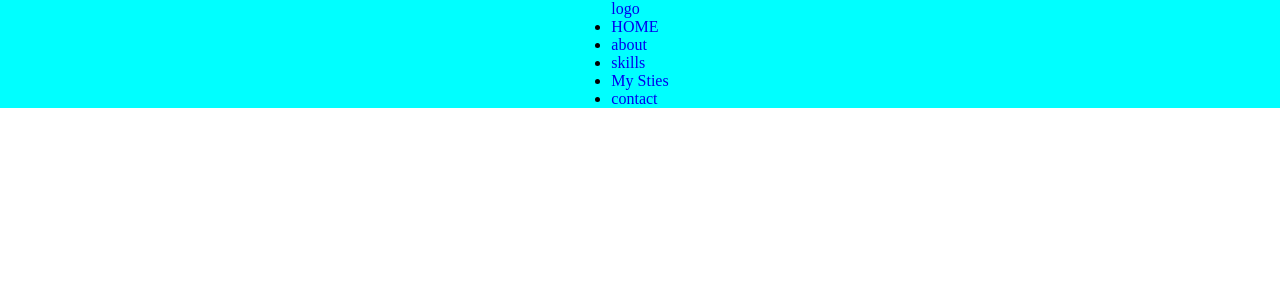
Repository: jun01270/jun
Page: index.html
An editor plug-in stored every save of this project. The page is shown before and after the next save, followed by the edit.
The browser window is 1280 px wide. The pictures show the whole page.

Above is the page before, as saved 2023-05-08 14:35:10.

After the next save:
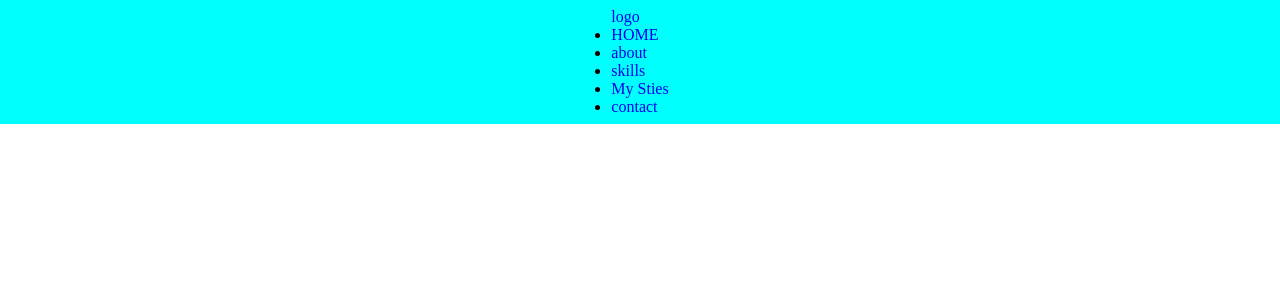
Saved 2 min 21 s later.
--- a/main.css
+++ b/main.css
@@ -24,4 +24,5 @@ html{
     align-items: center;
     background-color: aqua;
     justify-content: space-between;
+    padding: 8px 12px;
 }
